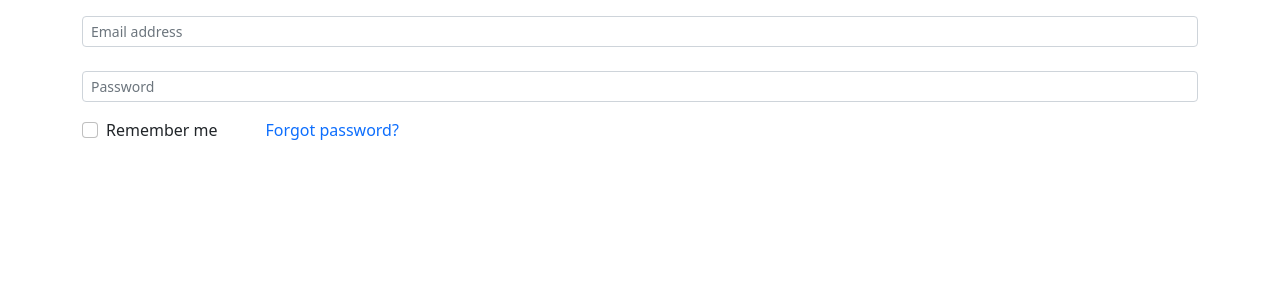
Repository: NPhanA/React2022
Page: / (app in Day 03-React/exercise/)
The author's editor kept a copy of each file at every save. The page is drawn from the files as they stood at one save, then again after the next save.
The browser window is 1280 px wide. The pictures show the whole page.
The project was rebuilt for these pictures with package versions that can differ from the ones it lists, and the page was loaded fresh each time. Also part of the build but not shown: Day 03-React/exercise/src/App.css, Day 03-React/exercise/src/App.js, Day 03-React/exercise/src/Components/UserAgent.js, Day 03-React/exercise/src/Components/ProfileCard.js.

Above is the page before, as saved 2022-07-26 22:12:05.

After the next save:
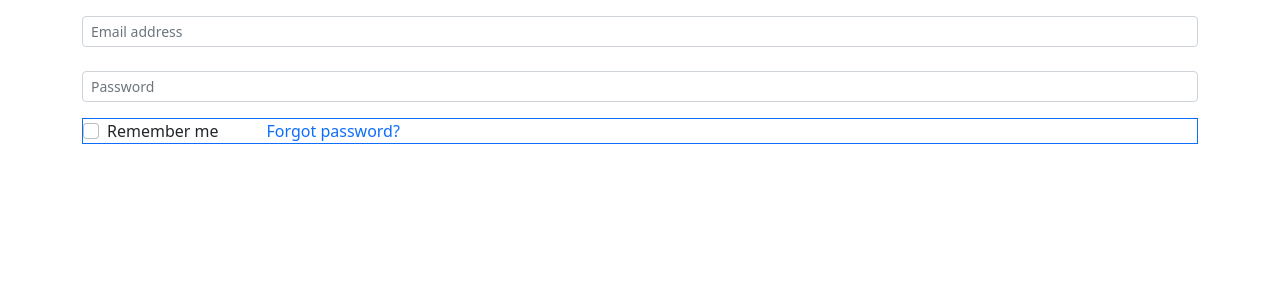
Saved 21 s later.
--- a/Day 03-React/exercise/src/Components/SignInForm.js
+++ b/Day 03-React/exercise/src/Components/SignInForm.js
@@ -7,7 +7,7 @@
                         <input type="email" className="form-control form-control-sm mt-3 mb-4" placeholder="Email address" required></input>
                         <input type="password" className="form-control form-control-sm" placeholder="Password" required></input>
                     </div>
-                    <div class="form-check mt-3">
+                    <div class="form-check mt-3 border border-primary">
                         <input className="form-check-input" type="checkbox" value="" id="flexCheckDefault"></input>
                         <label class="form-check-label" for="flexCheckDefault">
                             Remember me

After the save that followed:
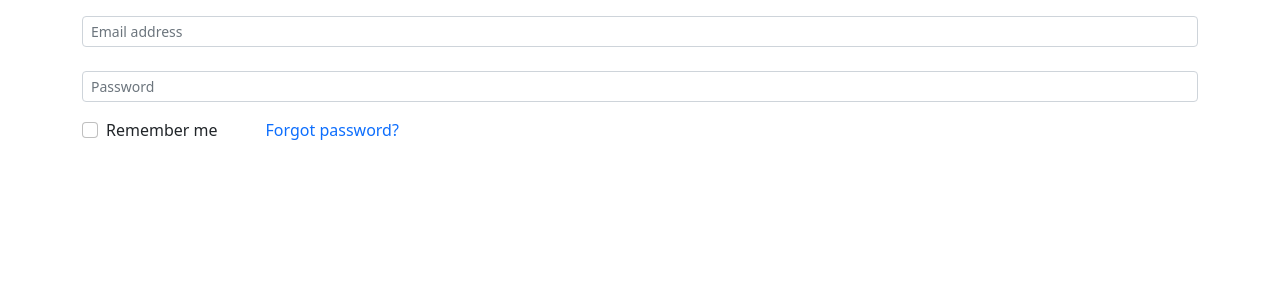
Saved 9 s later.
--- a/Day 03-React/exercise/src/Components/SignInForm.js
+++ b/Day 03-React/exercise/src/Components/SignInForm.js
@@ -7,7 +7,7 @@
                         <input type="email" className="form-control form-control-sm mt-3 mb-4" placeholder="Email address" required></input>
                         <input type="password" className="form-control form-control-sm" placeholder="Password" required></input>
                     </div>
-                    <div class="form-check mt-3 border border-primary">
+                    <div class="form-check mt-3 ">
                         <input className="form-check-input" type="checkbox" value="" id="flexCheckDefault"></input>
                         <label class="form-check-label" for="flexCheckDefault">
                             Remember me
